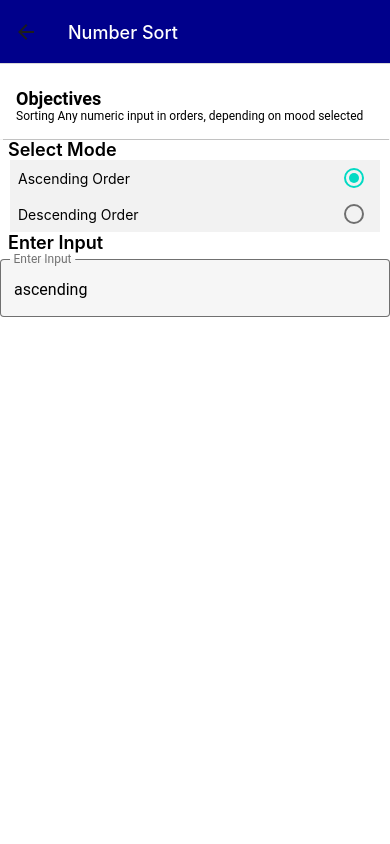
Repository: seyicoded/rn-crazy-algorithm-app
Screen: /Sort_simple_number
An editor plug-in stored every save of this project. The screen is shown before and after the next save, followed by the edit.
The app was drawn by React Native's web renderer in a window 390 px wide. The project was rebuilt for these pictures with package versions that can differ from the ones it lists, and the page was loaded fresh each time. Also part of the build but not shown: src/screens/sort.js, src/screens/filter.js, src/screens/advance.js, src/screens/sorts/Sort_alphabet.js.

Above is the screen before, as saved 2022-03-30 17:53:39.

### App.js
import 'react-native-gesture-handler';
import { StatusBar } from 'expo-status-bar';
import { StyleSheet, Text, View } from 'react-native';
import Main from './src/main'
export default function App() {
  return (
    <View style={styles.container}>
      <Main />
      <StatusBar style="auto" />
    </View>
  );
}

const styles = StyleSheet.create({
  container: {
    flex: 1,
    backgroundColor: '#fff',
  },
});

### src/main.js
import { View, Text } from 'react-native'
import React from 'react'
import {NavigationContainer} from '@react-navigation/native'
import {createStackNavigator} from '@react-navigation/stack'
import Home from './screens/index'
import Sort from './screens/sort'
import Filter from './screens/filter'
import Advance from './screens/advance'
import Sort_simple_number from './screens/sorts/Sort_simple_number'
import Sort_alphabet from './screens/sorts/Sort_alphabet'

const StackNav = createStackNavigator()

export default function Main() {
  return (
    <NavigationContainer>
        <StackNav.Navigator>
            <StackNav.Screen name="Home" options={{headerMode: 'none'}} component={Home} />
            <StackNav.Screen name="Filter" options={{headerMode: 'none'}} component={Filter} />
            <StackNav.Screen name="Sort" options={{headerMode: 'none'}} component={Sort} />
            <StackNav.Screen name="Advance" options={{headerMode: 'none'}} component={Advance} />

            {/* sort aspect */}
            <StackNav.Screen name="Sort_simple_number" options={{title: 'Number Sort', headerStyle: {backgroundColor: 'darkblue', color: 'white'}, headerTitleStyle: {color: 'white'}}} component={Sort_simple_number} />
            <StackNav.Screen name="Sort_alphabet" options={{title: 'Alphabet Sort', headerStyle: {backgroundColor: 'darkblue', color: 'white'}, headerTitleStyle: {color: 'white'}}} component={Sort_alphabet} />
        </StackNav.Navigator>
    </NavigationContainer>
  )
}

### src/screens/index.js
import { View, Text, StyleSheet, FlatList, TouchableOpacity } from 'react-native'
import React, {useState, useEffect, useRef} from 'react'
import Header from '../layout/header'
import { List, Avatar, Card, Title, Paragraph, Button } from 'react-native-paper';

const data = [
    {
        id: 'Sort',
        image: 'https://picsum.photos/700',
        title: 'Sort',
    },
    {
        id: 'Filter',
        image: 'https://picsum.photos/700',
        title: 'Filter',
    },
    {
        id: 'Advance',
        image: 'https://picsum.photos/700',
        title: 'Advance',
    },
]

export default function Index({route, navigation}) {
    const [color, setColor] = useState('darkblue');
    var timer = null;
    var ColorChanger = useRef('darkblue');


    useEffect(()=>{
        timer = setInterval(()=>{
            // console.log('.')
            ColorChanger.current = (ColorChanger.current == 'darkblue') ? 'darkred' : 'darkblue';
            setColor(ColorChanger.current);
        }, 1000);
        return ()=>{
            clearInterval(timer);
        }
    }, [])

    const styles = StyleSheet.create({
        container: {
          flex: 1,
          width: '100%',
          backgroundColor: '#fff',
        },
        header: {
            fontSize: 16,
            textAlign: 'center',
            marginTop: 20,
            marginBottom: 20,
            color: color,
            fontWeight: '700',
        },
        list: {
            width: '100%',
        },
        card: {
            // backgroundColor: 'red',
            margin: 20,
            shadowColor: '#000',
            shadowOffset: { width: 0, height: 2 },
            shadowOpacity: 0.8,
            elevation: 4
        }
    });

    return (
        <View style={styles.container}>
            <Header title="Home" visible={false} navigation={navigation} />
            <Text style={styles.header}>Let's Prep Shall We</Text>

            <FlatList
                data={data}
                style={styles.list}
                renderItem={({ item }) => {
                    return (
                        <TouchableOpacity onPress={() => navigation.navigate(item.id, {title: item.title})}>
                            <Card style={styles.card}>
                                <Card.Cover source={{ uri: item.image }} />
                                {/* <Card.Actions style={{justifyContent: 'center'}}>
                                    <Button onPress={()=>navigation.navigate(item.id)}>{item.title}</Button>

                                </Card.Actions> */}

                                <Card.Content style={{justifyContent: 'center'}}>
                                    <Title style={{textAlign: 'center', marginTop:12, color: 'darkblue'}}>{item.title}</Title>
                                </Card.Content>
                            </Card>
                        </TouchableOpacity>
                    )
                }}
                numColumns={1}
            />

            {/* <Card>
                <Card.Cover source={{ uri: 'https://picsum.photos/700' }} />

                <Card.Content>
                    <Title>Card title</Title>
                </Card.Content>
            </Card> */}

        </View>
    )
}

### src/screens/sorts/Sort_simple_number.js
import { StyleSheet, Text, View, TouchableOpacity } from 'react-native'
import React from 'react'
import { Banner, RadioButton, TextInput } from 'react-native-paper';

export default function Sort_simple_number() {
    const [value, setValue] = React.useState('ascending');
    const [unsortedVal, setunsortedVal] = React.useState('ascending');
  return (
    <View style={styles.container}>
        <Banner
            visible={true}
            actions={[
            ]}
            >
                <View>
                    <Text style={{fontWeight: '600', fontSize: 18}}>Objectives</Text>
                    <Text />
                    <Text style={{fontSize: 12}}>Sorting Any numeric input in orders, depending on mood selected</Text>
                </View>
        </Banner>
        <Text />
        <Text style={styles.title_element}>Select Mode</Text>

        <RadioButton.Group onValueChange={newValue => setValue(newValue)} value={value}>
            <TouchableOpacity onPress={()=>setValue('ascending')}>
                <View style={styles.radio}>
                    <Text>Ascending Order</Text>
                    <RadioButton value="ascending" />
                </View>
            </TouchableOpacity>
            <TouchableOpacity onPress={()=>setValue('descending')}>
                <View style={styles.radio}>
                    <Text>Descending Order</Text>
                    <RadioButton value="descending" />
                </View>
            </TouchableOpacity>
        </RadioButton.Group>

        <Text />
        <Text style={styles.title_element}>Enter Input</Text>
        <TextInput
            label='Enter Input'
            mode='outlined'
            style={styles.input}
            value={unsortedVal}
            onChangeText={text => setunsortedVal(text)}
        />
    </View>
  )
}

const styles = StyleSheet.create({
    container: {
        flex: 1,
        backgroundColor: '#fff',
    },
    title_element: {
        fontWeight: '600',
        fontSize: 18,
        paddingLeft: 8
    },
    radio: {
        flexDirection: 'row',
        justifyContent: 'space-between',
        alignItems: 'center',
        marginHorizontal: 10,
        backgroundColor: 'rgba(0, 0, 0, 0.05)',
        paddingHorizontal: 8,
    }
})

### src/layout/header.js
import { View, Text } from 'react-native'
import React, {useState, useEffect} from 'react'
import { Appbar } from 'react-native-paper';

export default function Header({title, visible, navigation}) {
    // const [visible, setVisible] = useState(false);

    if(visible){
        return (
            <Appbar.Header style={{backgroundColor: 'darkblue'}}>
                {
                    (visible) ?
                    <Appbar.BackAction onPress={()=>navigation.goBack()} />
                    :<></>
                }
                <Appbar.Content title={title} />
            </Appbar.Header>
          )
    }else{
        return (
            <Appbar.Header style={{backgroundColor: 'darkblue'}}>
                <Appbar.Content title={title} />
            </Appbar.Header>
          )
    }

}

After the next save:
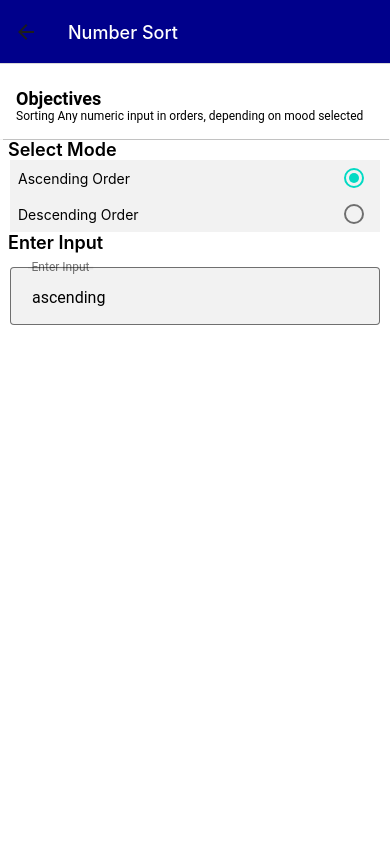
Saved 24 s later.
--- a/src/screens/sorts/Sort_simple_number.js
+++ b/src/screens/sorts/Sort_simple_number.js
@@ -66,5 +66,11 @@ const styles = StyleSheet.create({
         marginHorizontal: 10,
         backgroundColor: 'rgba(0, 0, 0, 0.05)',
         paddingHorizontal: 8,
-    }
+    },
+    input: {
+        marginHorizontal: 10,
+        marginVertical: 8,
+        backgroundColor: 'rgba(0, 0, 0, 0.05)',
+        paddingHorizontal: 8,
+    },
 })
